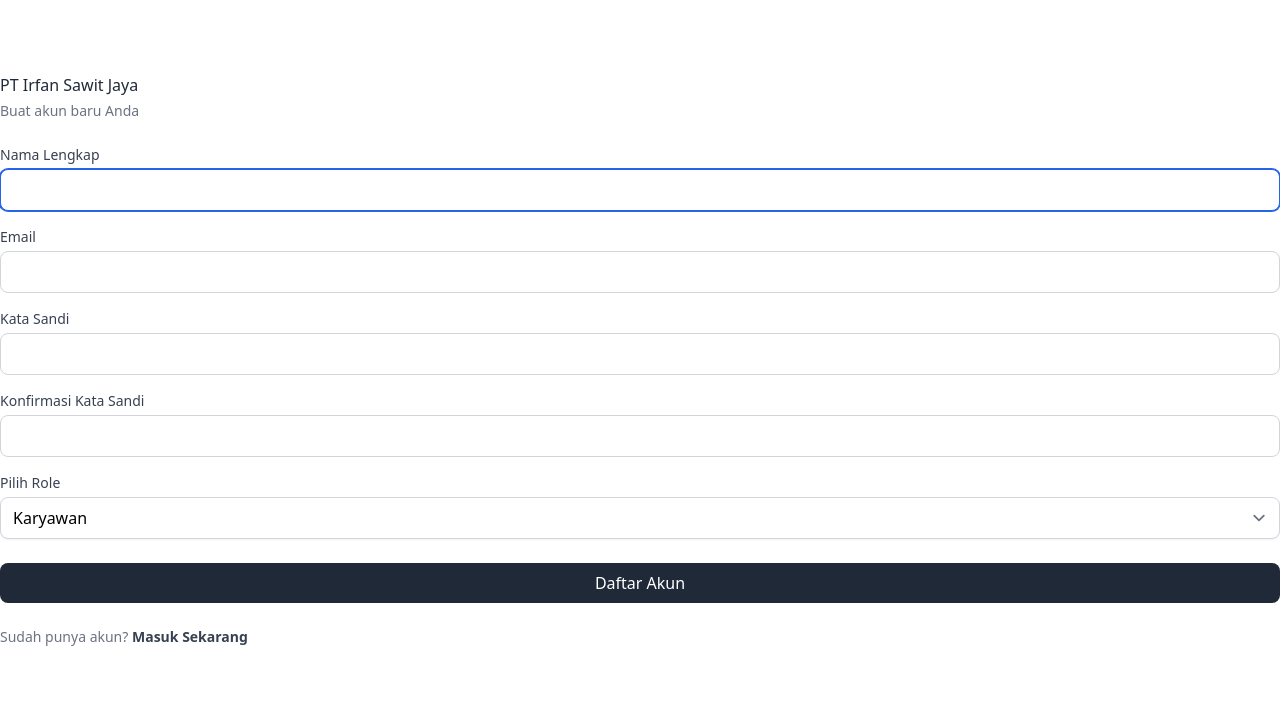
Repository: PalmtrackTeam/palmtrack
Page: http://localhost/register
An editor plug-in stored every save of this project. The page is shown before and after a run of saves, followed by the edit.
The browser window is 1280 px wide. The pictures show the whole page.
The page is served by the project's Laravel application, run on PHP 8.4 with Laravel 12.

Above is the page before, as saved 2025-11-22 00:01:18.

After the next 3 saves:
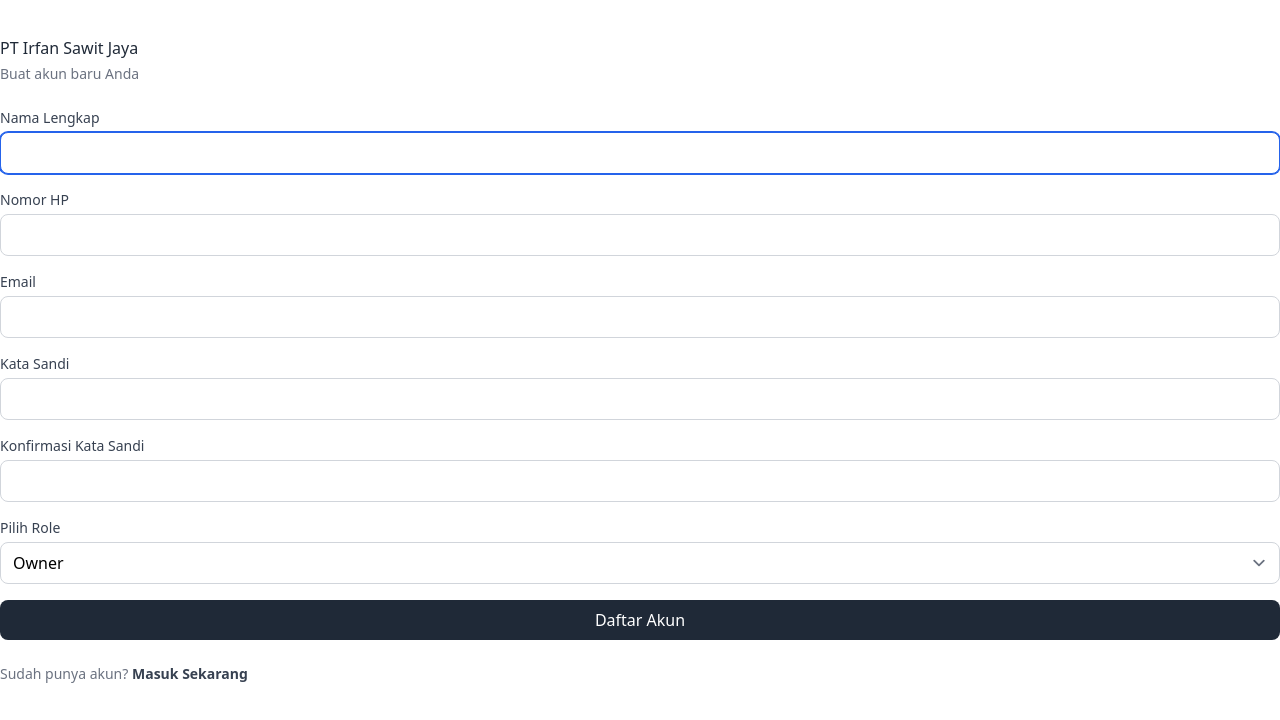
The 3 saves are shown as one change because they came seconds apart.
The last was saved 26 s later.
--- a/resources/views/auth/register.blade.php
+++ b/resources/views/auth/register.blade.php
@@ -16,22 +16,25 @@
             <p class="text-sm text-gray-500 dark:text-gray-400 mt-1">Buat akun baru Anda</p>
         </div>
 
-        <!-- Pesan Sukses -->
-        @if (session('status'))
-            <div class="mb-4 text-sm text-green-600 dark:text-green-400">
-                {{ session('status') }}
-            </div>
-        @endif
-
         <form method="POST" action="{{ route('register') }}">
             @csrf
 
             <!-- Nama -->
             <div class="mb-4">
-                <label for="name" class="block text-sm font-medium text-gray-700 dark:text-gray-300">Nama Lengkap</label>
-                <input id="name" name="name" type="text" value="{{ old('name') }}" required autofocus autocomplete="name"
-                    class="mt-1 block w-full rounded-lg border-gray-300 dark:border-gray-700 dark:bg-gray-800 dark:text-white focus:ring-gray-700 focus:border-gray-700">
-                @error('name')
+                <label for="nama" class="block text-sm font-medium text-gray-700 dark:text-gray-300">Nama Lengkap</label>
+                <input id="nama" name="nama" type="text" value="{{ old('nama') }}" required autofocus
+                    class="mt-1 block w-full rounded-lg border-gray-300 dark:border-gray-700 dark:bg-gray-800 dark:text-white">
+                @error('nama')
+                    <p class="text-red-500 text-sm mt-1">{{ $message }}</p>
+                @enderror
+            </div>
+
+            <!-- Nomor HP -->
+            <div class="mb-4">
+                <label for="phone" class="block text-sm font-medium text-gray-700 dark:text-gray-300">Nomor HP</label>
+                <input id="phone" name="phone" type="text" value="{{ old('phone') }}"
+                    class="mt-1 block w-full rounded-lg border-gray-300 dark:border-gray-700 dark:bg-gray-800 dark:text-white">
+                @error('phone')
                     <p class="text-red-500 text-sm mt-1">{{ $message }}</p>
                 @enderror
             </div>
@@ -39,8 +42,8 @@
             <!-- Email -->
             <div class="mb-4">
                 <label for="email" class="block text-sm font-medium text-gray-700 dark:text-gray-300">Email</label>
-                <input id="email" name="email" type="email" value="{{ old('email') }}" required autocomplete="username"
-                    class="mt-1 block w-full rounded-lg border-gray-300 dark:border-gray-700 dark:bg-gray-800 dark:text-white focus:ring-gray-700 focus:border-gray-700">
+                <input id="email" name="email" type="email" value="{{ old('email') }}" required
+                    class="mt-1 block w-full rounded-lg border-gray-300 dark:border-gray-700 dark:bg-gray-800 dark:text-white">
                 @error('email')
                     <p class="text-red-500 text-sm mt-1">{{ $message }}</p>
                 @enderror
@@ -49,8 +52,8 @@
             <!-- Password -->
             <div class="mb-4">
                 <label for="password" class="block text-sm font-medium text-gray-700 dark:text-gray-300">Kata Sandi</label>
-                <input id="password" name="password" type="password" required autocomplete="new-password"
-                    class="mt-1 block w-full rounded-lg border-gray-300 dark:border-gray-700 dark:bg-gray-800 dark:text-white focus:ring-gray-700 focus:border-gray-700">
+                <input id="password" name="password" type="password" required
+                    class="mt-1 block w-full rounded-lg border-gray-300 dark:border-gray-700 dark:bg-gray-800 dark:text-white">
                 @error('password')
                     <p class="text-red-500 text-sm mt-1">{{ $message }}</p>
                 @enderror
@@ -59,34 +62,29 @@
             <!-- Konfirmasi Password -->
             <div class="mb-4">
                 <label for="password_confirmation" class="block text-sm font-medium text-gray-700 dark:text-gray-300">Konfirmasi Kata Sandi</label>
-                <input id="password_confirmation" name="password_confirmation" type="password" required autocomplete="new-password"
-                    class="mt-1 block w-full rounded-lg border-gray-300 dark:border-gray-700 dark:bg-gray-800 dark:text-white focus:ring-gray-700 focus:border-gray-700">
-                @error('password_confirmation')
-                    <p class="text-red-500 text-sm mt-1">{{ $message }}</p>
-                @enderror
+                <input id="password_confirmation" name="password_confirmation" type="password" required
+                    class="mt-1 block w-full rounded-lg border-gray-300 dark:border-gray-700 dark:bg-gray-800 dark:text-white">
             </div>
 
-            <!-- Pilih Role -->
-            <div class="mb-6">
+            <!-- Role -->
+            <div class="mb-4">
                 <label for="role" class="block text-sm font-medium text-gray-700 dark:text-gray-300">Pilih Role</label>
                 <select id="role" name="role"
-                    class="mt-1 block w-full border-gray-300 dark:border-gray-700 dark:bg-gray-800 dark:text-white rounded-lg shadow-sm focus:ring-gray-700 focus:border-gray-700">
+                    class="mt-1 block w-full rounded-lg border-gray-300 dark:border-gray-700 dark:bg-gray-800 dark:text-white">
+                    <option value="owner">Owner</option>
+                    <option value="mandor">Mandor</option>
                     <option value="karyawan">Karyawan</option>
-                    <option value="admin">Admin</option>
-                    <option value="super_admin">Super Admin</option>
                 </select>
                 @error('role')
                     <p class="text-red-500 text-sm mt-1">{{ $message }}</p>
                 @enderror
             </div>
 
-            <!-- Tombol -->
             <button type="submit"
                 class="w-full bg-gray-800 hover:bg-black text-white py-2 rounded-lg transition-all duration-200">
                 Daftar Akun
             </button>
 
-            <!-- Link Login -->
             <p class="text-center text-sm text-gray-500 dark:text-gray-400 mt-6">
                 Sudah punya akun?
                 <a href="{{ route('login') }}" class="font-semibold text-gray-700 dark:text-gray-200 hover:underline">
